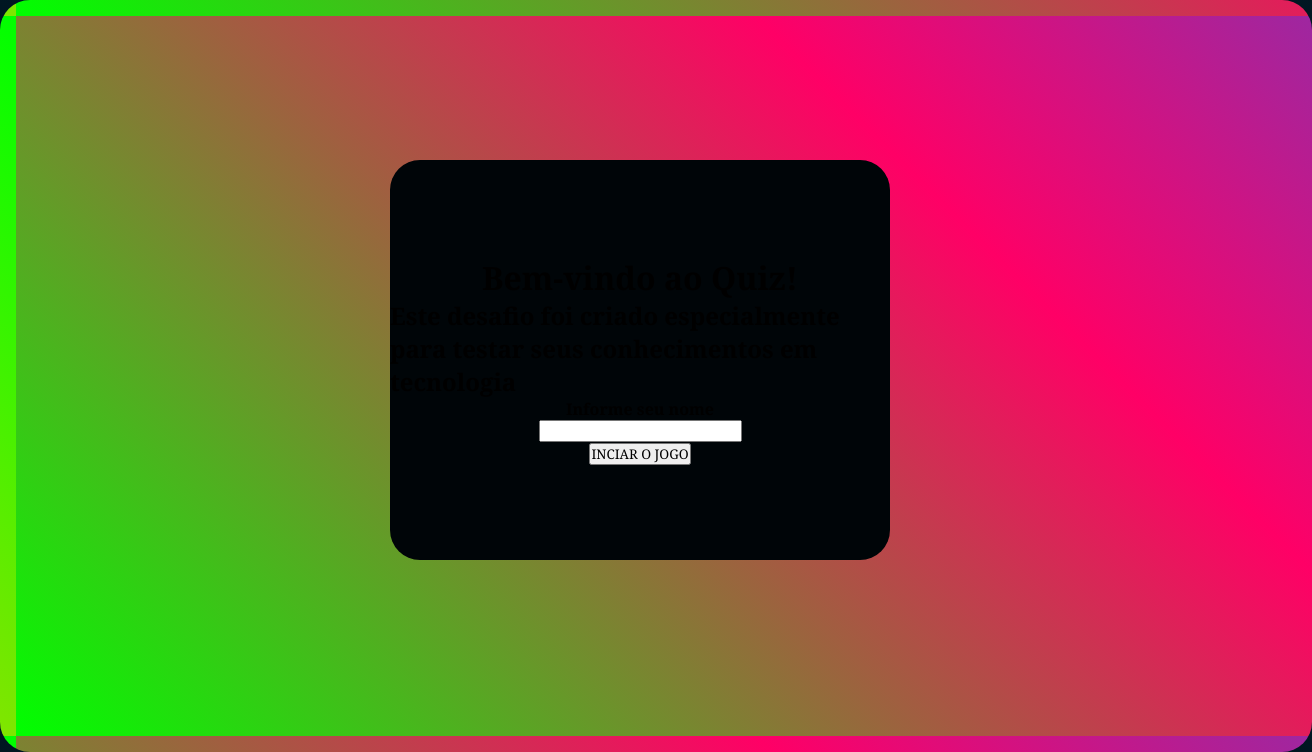
Repository: LaisSilvaO/Projeto-Quizz
Page: telas/apresentação.html
An editor plug-in stored every save of this project. The page is shown before and after the next save, followed by the edit.
The browser window is 1280 px wide. The page is 1312 px wide, then 1280 px, then 1312 px, so the pictures cover 1312 px, including what lies to the right of the window. The pictures show the whole page.

Above is the page before, as saved 2024-12-25 19:48:23.

### telas/apresentação.html
<!DOCTYPE html>
<html lang="pt-br">

<head>
    <meta charset="UTF-8">
    <meta name="viewport" content="width=device-width, initial-scale=1.0">
    <title>Quiz</title>
    <link rel="stylesheet" href="../img/tela.css">
</head>

<body>
    <div class="box1">
        <div class="box2">
            <H1> Bem-vindo ao Quiz!</H1>

            <h2>Este desafio foi criado especialmente para testar seus conhecimentos em tecnologia


            </h2>
            <h4>Informe seu nome </h4>
            <input type="text" id="nome">
            <A href="index.html">
                <h4><button>INCIAR O JOGO</button></h4>
            </A>
        </div>
    </div>

</body>

</html>

### img/tela.css
* {
  margin: 0;
  padding: 0;
  box-sizing: border-box;
  font-family: Cambria, Cochin, Georgia, Times, 'Times New Roman', serif;
}

body {
  height: 100vh;
  display: flex;
  justify-content: center;
  align-items: center;
  background: linear-gradient(210deg, #00283d, #000508);
}

main {
  background-color: white;
  padding: 10px;
  border-radius: 10px;
  width: 100%;
  max-width: 600px;
  min-height: 400px;
  display: flex;
  justify-content: center;
  align-items: center;
}

.box2 {
  position: relative;
  width: 500px;
  height: 400px;
  background-color: #000508;
  border-radius: 30px;
  display: flex;
  justify-content: center;
  align-items: center;
  flex-direction: column;
  overflow: hidden;
}

/* Borda animada externa */
.box1::before {
  content: '';
  position: absolute;
  top: 0;
  left: 0;
  width: 100%;
  height: 100%;
  border-radius: 30px;
  border: 16px solid transparent; /* Espessura da borda aumentada */
  background-image: linear-gradient(45deg, #00ff00, #ff0066, #0066ff, #ffcc00, #00ff00);
  background-size: 400%; /* Aumenta o tamanho da animação da borda */
  animation: borderAnimation 3s linear infinite;
  z-index: -1; /* Garante que a borda fique atrás do conteúdo */
}

@keyframes borderAnimation {
  0% {
    background-position: 400% 0%;
  }
  25% {
    background-position: 0% 0%;
  }
  50% {
    background-position: 0% 400%;
  }
  75% {
    background-position: 400% 400%;
  }
  100% {
    background-position: 400% 0%;
  }
}

After the next save:
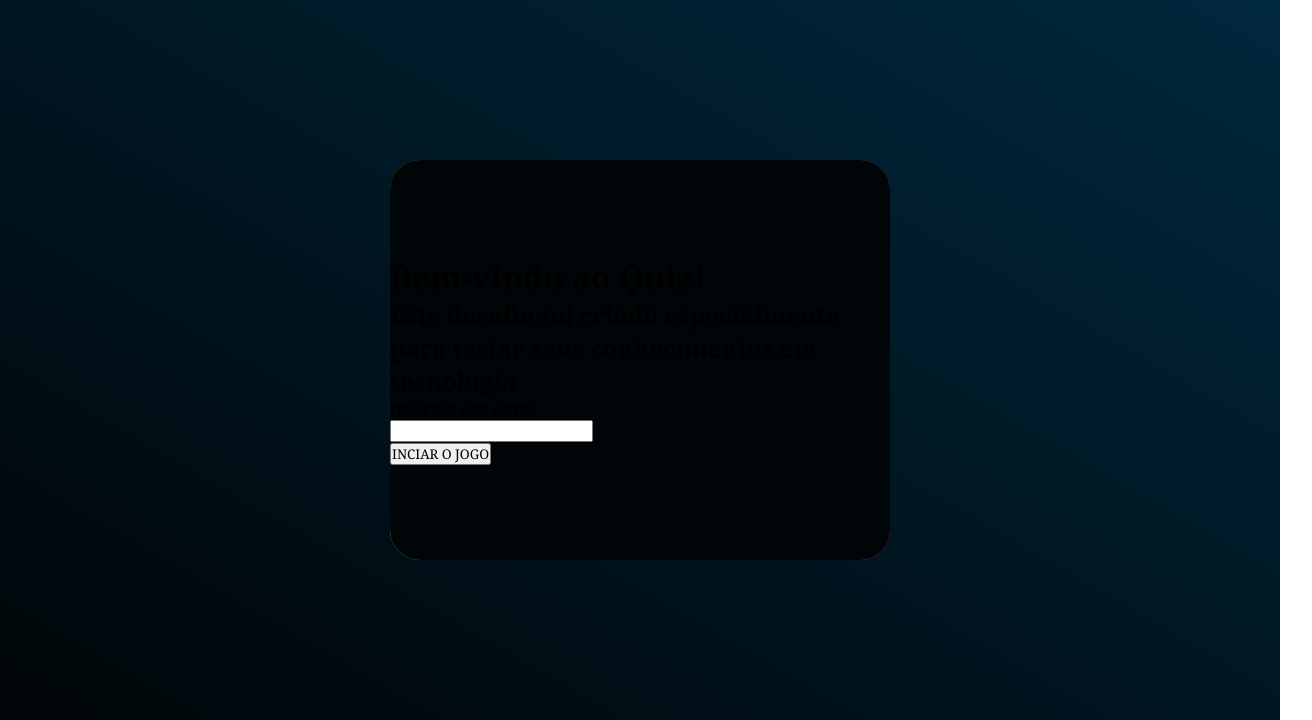
Saved 26 s later.
--- a/img/tela.css
+++ b/img/tela.css
@@ -25,7 +25,7 @@
   align-items: center;
 }
 
-.box2 {
+.box1 {
   position: relative;
   width: 500px;
   height: 400px;

After the save that followed:
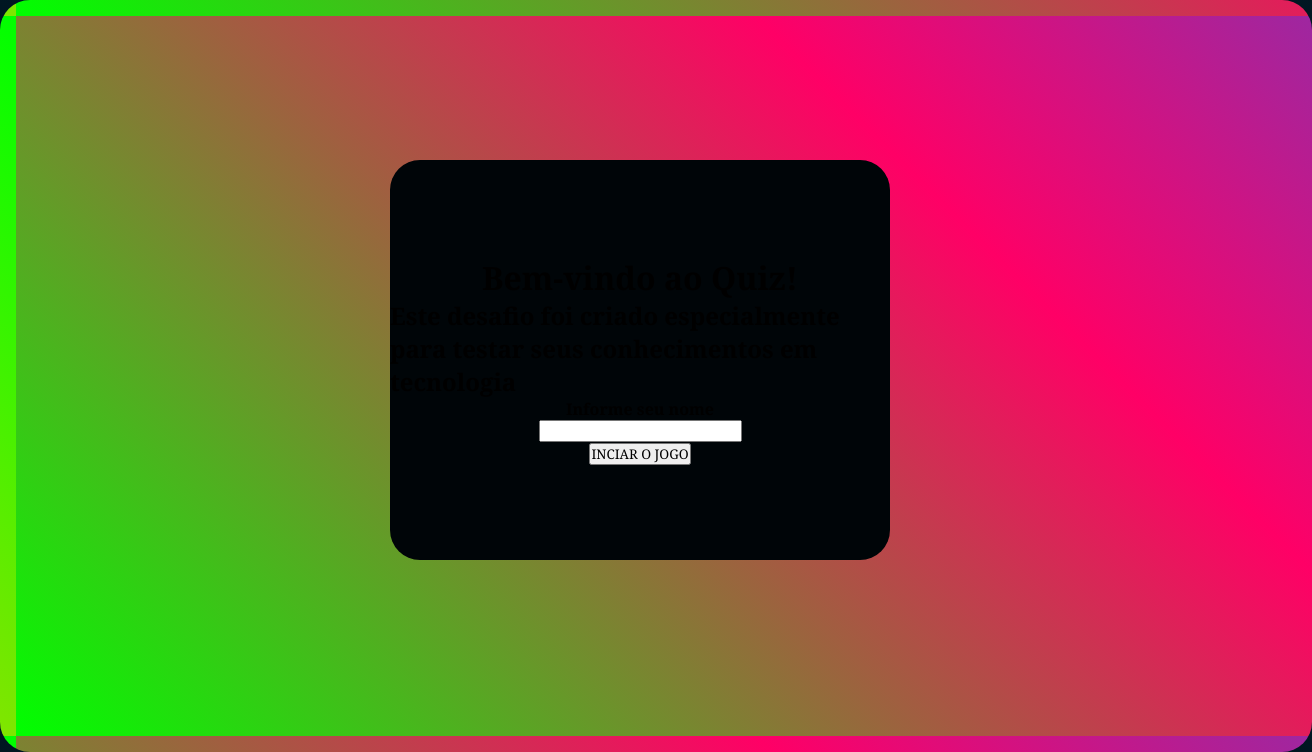
Saved 9 s later.
--- a/img/tela.css
+++ b/img/tela.css
@@ -25,7 +25,7 @@
   align-items: center;
 }
 
-.box1 {
+.box2 {
   position: relative;
   width: 500px;
   height: 400px;
